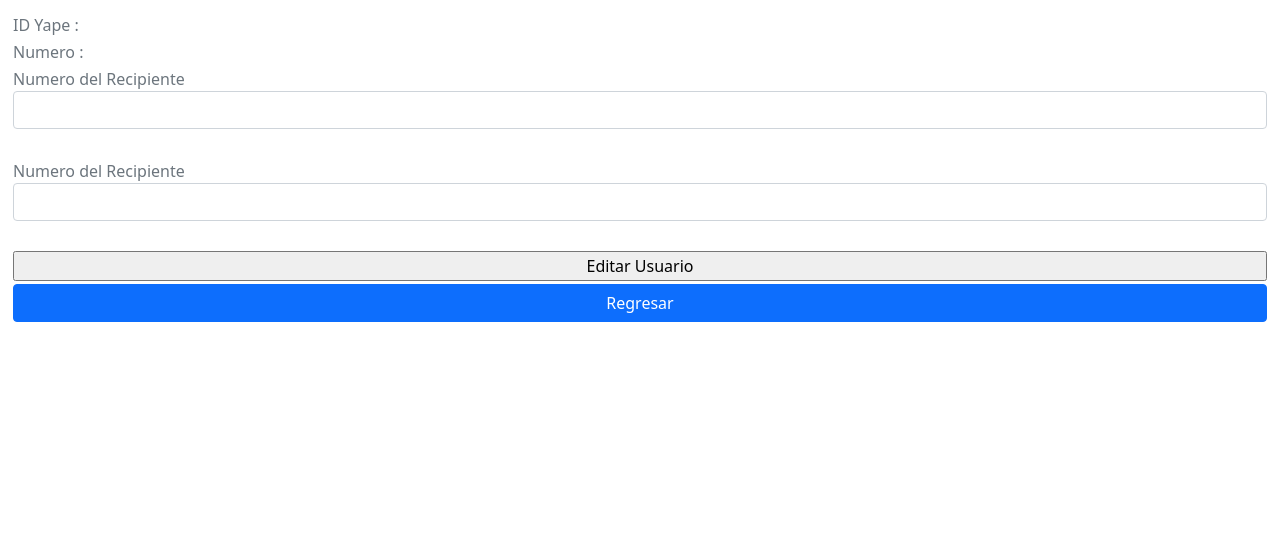
Repository: Gimblet/LP1_Proyecto_Yape
Page: http://localhost/Yape/EditarUsuario.jsp
The author's editor kept a copy of each file at every save. The page is drawn from the files as they stood at one save, then again after a run of saves.
The browser window is 1280 px wide. The pictures show the whole page.
The page is served by Tomcat 9.

Above is the page before, as saved 2024-04-22 03:04:44.

After the next 2 saves:
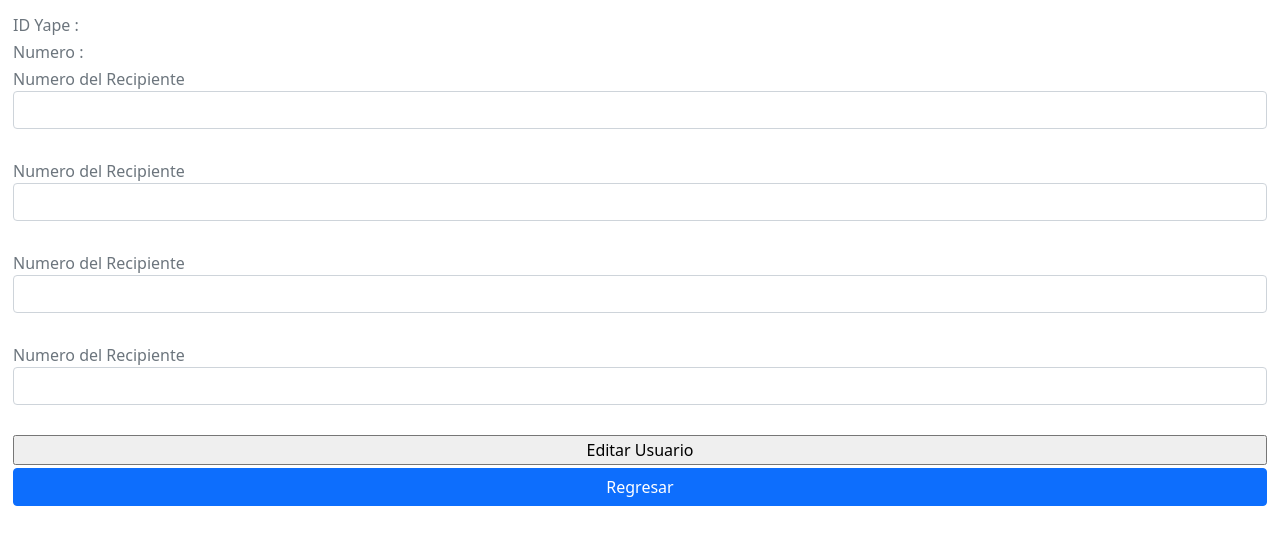
The 2 saves are shown as one change because they came seconds apart.
The last was saved 11 s later.
--- a/Yape/src/main/webapp/EditarUsuario.jsp
+++ b/Yape/src/main/webapp/EditarUsuario.jsp
@@ -42,6 +42,16 @@
 				<input class="form-control" type="text" name="txtNumeroRecipiente" value="<%= (item != null)? item.getClave():"" %>">
 			</div>
 			<br>
+			<div class="form-group">
+				<label class="text-secondary">Numero del Recipiente</label>
+				<input class="form-control" type="text" name="txtNumeroRecipiente" value="<%= (item != null)? item.getClave():"" %>">
+			</div>
+			<br>
+			<div class="form-group">
+				<label class="text-secondary">Numero del Recipiente</label>
+				<input class="form-control" type="text" name="txtNumeroRecipiente" value="<%= (item != null)? item.getClave():"" %>">
+			</div>
+			<br>
 		<input type="submit" name="type" value="Editar Usuario" >
 		<a href="Servlet?type=Volver" class="btn btn-primary">Regresar</a>
 	</form>
